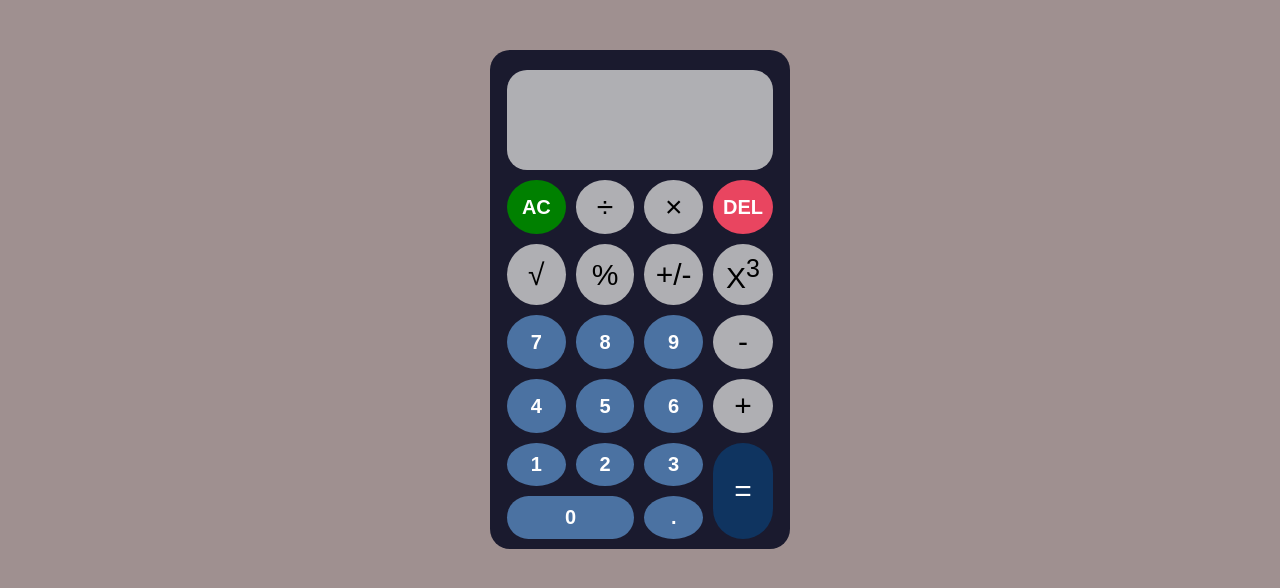
Repository: MikkyPrestige/js-calculator
Page: index.html
The author's editor kept a copy of each file at every save. The page is drawn from the files as they stood at one save, then again after the next save.
The browser window is 1280 px wide. The pictures show the whole page.

Above is the page before, as saved 2023-05-08 02:08:05.

After the next save:
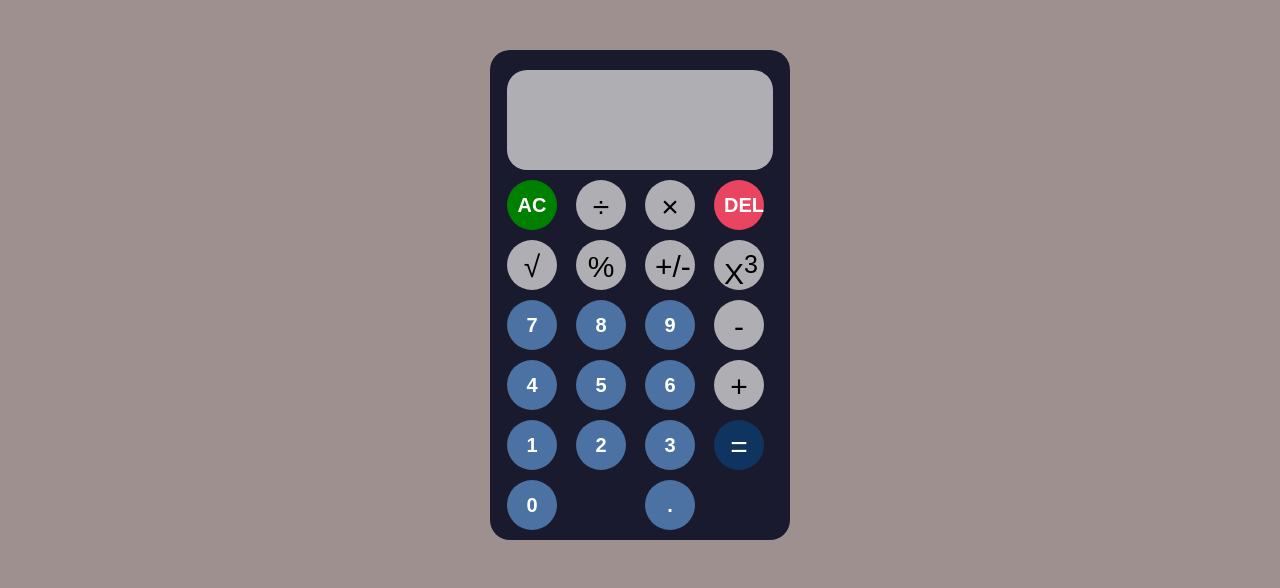
Saved 44 s later.
--- a/index.css
+++ b/index.css
@@ -107,7 +107,8 @@ main {
   -moz-transition: all 0.2s ease-in-out;
   -ms-transition: all 0.2s ease-in-out;
   -o-transition: all 0.2s ease-in-out;
-
+  width: 5rem;
+  height: 5rem;
 }
 
 .op {
